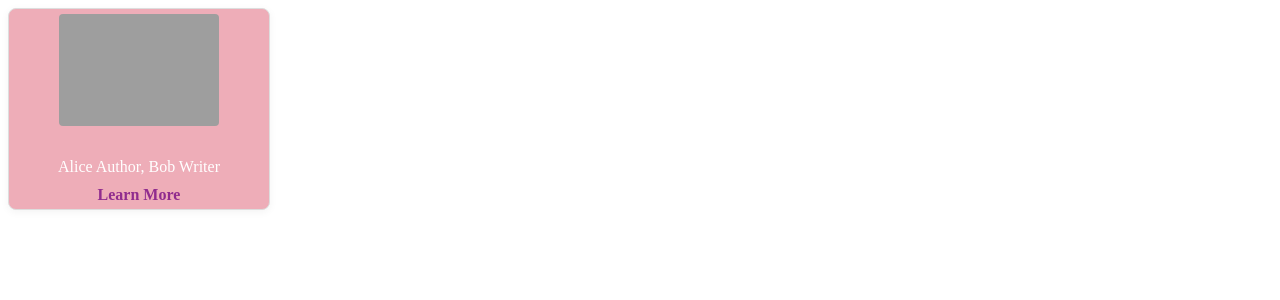
Repository: Micaelavalmores/BookCatalog
Page: /
An editor plug-in stored every save of this project. The page is shown before and after a run of saves, followed by the edit.
The browser window is 1280 px wide. The pictures show the whole page.
Pictures or frames that could not be fetched are drawn as grey boxes. The project was rebuilt for these pictures with package versions that can differ from the ones it lists, and the page was loaded fresh each time. Also part of the build but not shown: vite.config.js, src/index.css.

Above is the page before, as saved 2025-09-16 22:53:09.

### index.html
<!doctype html>
<html lang="en">
  <head>
    <meta charset="UTF-8" />
    <meta name="viewport" content="width=device-width, initial-scale=1.0" />
    <title>Book Catalog</title>
  </head>
  <body>
    <div id="root"></div>
    <script type="module" src="/src/main.jsx"></script>
  </body>
</html>

### src/main.jsx
import React from 'react';
import { createRoot } from 'react-dom/client';
import './index.css';
import Book from './assets/book.jsx';

const root = createRoot(document.getElementById("root"));

root.render(
  <React.StrictMode>
    <Book
      image="https://img.freepik.com/free-vector/stack-colorful-books_1308-171744.jpg?semt=ais_incoming&w=740&q=80"
      authors="Alice Author, Bob Writer"
      link="https://example.com/book-info"
    />
  </React.StrictMode>
);

### src/assets/book.jsx

import React from "react";
import "./book.css";

const book = ({ image, title, authors, link }) => (
  <div className="book-container">
    <img className="book-image" src={image} alt={title} />
    <div className="book-info">
      <h2 className="book-title">{title}</h2>
      <p className="book-authors">{authors}</p>
      <a className="book-link" href={link} target="_blank" rel="noopener noreferrer">
        Learn More
      </a>
    </div>
  </div>
);

export default book;

### src/assets/book.css
.book-container {
    max-width: 15em;
    border: 1px solid #ddd;
    border-radius: 8px;
    padding: 5px 10px;
    display: flex;
    flex-direction: column;
    align-items: center;
    background: #fff;
    box-shadow: 0 2px 8px rgba(0,0,0,0.05);
    background: rgb(238, 173, 184);
  }

  .book-image {
    width: 10em;
    height: 7em;
    object-fit: cover;
    margin-bottom: 12px;
    border-radius: 4px;
  }

  .book-info {
    width: 100%;
    text-align: center;
  }


  .book-authors {
    color: #ffffff;
    margin-bottom: 10px;
  }

  .book-link {
    display: inline-block;
    color: #902c8e;
    text-decoration: none;
    font-weight: bold;
    transition: color 0.2s;
  }

  .book-link:hover {
    color: #0056b3;
  }

After the next 2 saves:
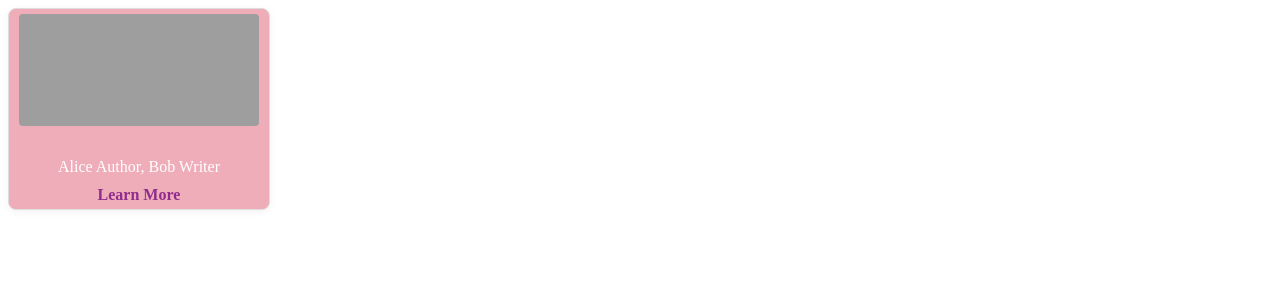
The 2 saves are shown as one change because they came seconds apart.
The last was saved 9 s later.
--- a/src/assets/book.css
+++ b/src/assets/book.css
@@ -12,7 +12,7 @@
   }
 
   .book-image {
-    width: 10em;
+    width: 15em;
     height: 7em;
     object-fit: cover;
     margin-bottom: 12px;
